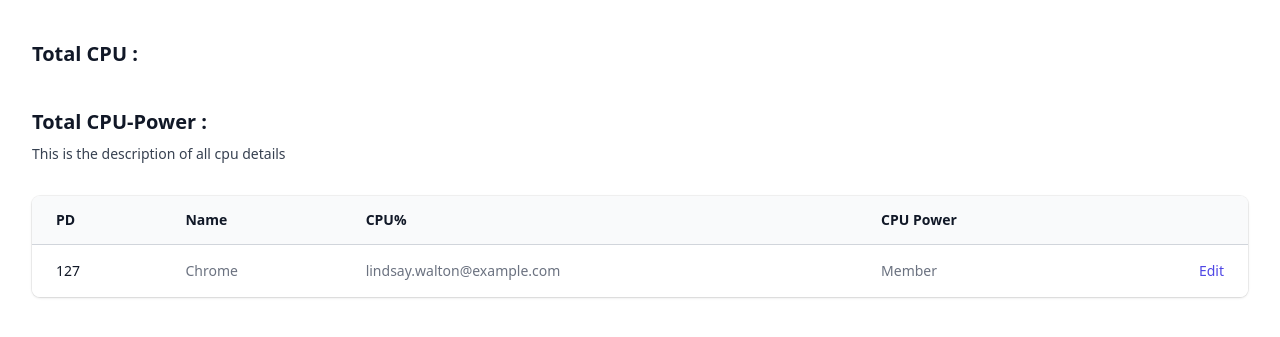
Repository: emorilebo/cpu-reader
Page: /
These files come from the project's save history. The page is drawn as it stood at one moment and after a run of saves; the edit follows.
The browser window is 1280 px wide. The pictures show the whole page.
The project was rebuilt for these pictures with package versions that can differ from the ones it lists, and the page was loaded fresh each time. The framework's server and built-in components were replaced by stand-ins that run in the browser. Also part of the build but not shown: next.config.js, styles/Home.module.css.

Above is the page before, as saved 2023-01-13 12:31:34.

After the next 3 saves:
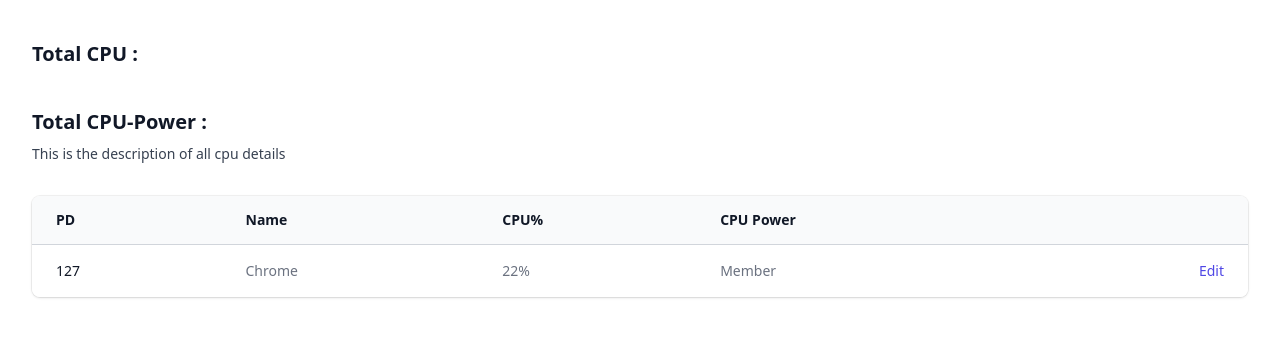
The 3 saves are shown as one change because they came seconds apart.
The last was saved 13 s later.
--- a/components/Tables.jsx
+++ b/components/Tables.jsx
@@ -4,7 +4,7 @@ const cpus = [
   {
     name: "127",
     title: "Chrome",
-    email: "lindsay.walton@example.com",
+    email: "22%",
     role: "Member",
   },
   // More people...
